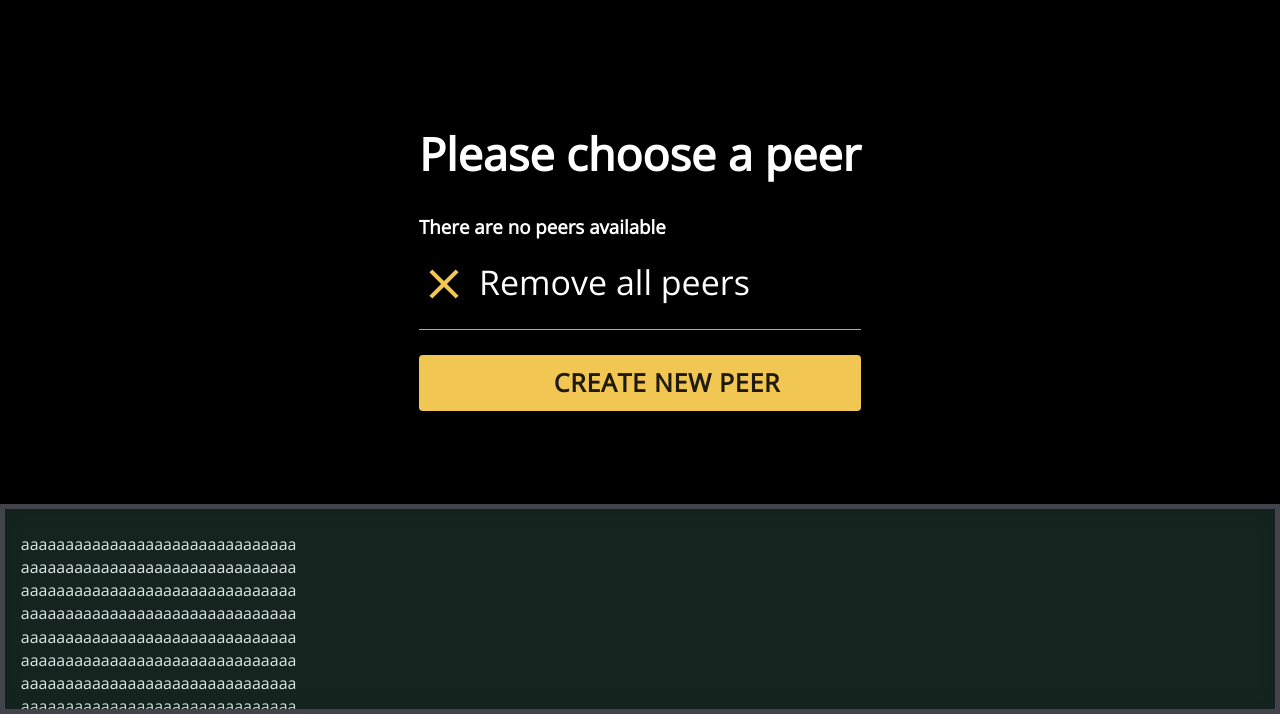
Repository: Bachdz/ASAP-Gui-Frontend
Page: /login
The author's editor kept a copy of each file at every save. The page is drawn from the files as they stood at one save, then again after the next save.
The browser window is 1280 px wide. The pictures show the whole page.
The page's requests for data from a server got no answer. The project was rebuilt for these pictures with package versions that can differ from the ones it lists, and the page was loaded fresh each time. No one was signed in, and anything a server would have sent is missing. Also part of the build but not shown: src/css/loginscreen/Peer.css, src/components/fragments/Footer.js, src/components/mainscreen/subcomponents/Apps.js, src/css/mainscreen/Main.css, src/components/mainscreen/Main.js.

Above is the page before, as saved 2020-12-16 20:02:53.

### src/App.js
import React from 'react';



import { ReactComponent as Arrow } from './arrow.svg';
import Login from './components/loginscreen/Login';
import Main from './components/mainscreen/Main';
import { Link } from 'react-router-dom';
import Logo from './components/fragments/Footer';


import { BrowserRouter as Router, Route } from 'react-router-dom'

import './App.css';

function App() {
  return (
      <Router>
        <Route exact path="/" render={props => (
          <React.Fragment>
        <div className="container">

            <div className="content">
              <div id="box">
                <h1>Welcome to ASAP engine</h1>
                <Link to="/login"><Arrow id="next" /></Link>
              </div>
            </div>
          <Logo />
        </div>


          </React.Fragment>
        )} />
        <Route path="/login" component={Login} />
        <Route path="/main/user" component={Main} />

      </Router>
  );
}



export default App;

### src/components/loginscreen/Login.js
import React, { Component } from 'react';
import Peer from './subcomponents/Peer';
import CreateUser from './subcomponents/CreateUser';
import CloseIcon from '@material-ui/icons/Close';
import Alert from '@material-ui/lab/Alert';
import Snackbar from '@material-ui/core/Snackbar';
import Logo from '../fragments/Footer';
import Terminal from '../fragments/Terminal';



import '../../css/loginscreen/Login.css';
import axios from 'axios';



class Login extends Component {
    state = {
        peers: [],
        alertopen: false,
        alertmsg: '',
        alerttype: ''
    }

    componentDidMount() {
        axios.get('http://localhost:8080/api/v1/asap/peers')
            .then(res => this.setState({ peers: res.data }))
    }

    //create User
    addUser = (userName) => {
        let url = 'http://localhost:8080/api/v1/asap/peer?name=' + userName;
        axios.post(url)
            .then(res => this.setState({ peers: [...this.state.peers, res.data] }))
    }

    //remove all users
    removeAllUser = () => {
        axios.delete('http://localhost:8080/api/v1/asap/peers')
            .then(res => {
                if (res.data === false) {
                    this.setState({ alertopen: !this.state.alertopen, alertmsg: "Couldn't delete peers", alerttype: "error" });

                } else if (res.data === true) {
                    this.setState({ alertopen: !this.state.alertopen, alertmsg: "Deleted successfully ", alerttype: "success" });
                    axios.get('http://localhost:8080/api/v1/asap/peers')
                        .then(res => this.setState({ peers: res.data }))
                }



            }


            )


    }

    handleClose = (event, reason) => {
        this.setState({ alertopen: !this.state.alertopen });
    }


    render() {
        const { alertopen, alertmsg, alerttype } = this.state;
        return (
            <div>

                <div className="background-container">
                    <div className="content">
                        <div className="login-container">
                            <Snackbar anchorOrigin={{ vertical: 'top', horizontal: 'center' }} open={alertopen} autoHideDuration={2000} onClose={this.handleClose}>
                                <Alert onClose={this.handleClose} severity={alerttype}>
                                    {alertmsg}
                                </Alert>
                            </Snackbar>
                            <h1>Please choose a peer</h1>
                            <Peer peers={this.state.peers} />

                            <div id="remove-peer">
                                <CloseIcon id="remove" onClick={this.removeAllUser} /> Remove all peers
            </div>
                            <CreateUser addUser={this.addUser} />

                        </div>
                    </div>

                </div>
                <Terminal />

            </div>

        );
    }
}


export default Login;

### src/App.css
@import url('https://fonts.googleapis.com/css?family=Open+Sans');
body {
  font-family: "Open Sans", sans-serif;

}

#box {
  text-align: center;
}

.content {
  min-height: 70vh;
  display: flex;
  align-items: center;
}

.container {
  display: flex;
  align-items: center;
  justify-content: center;
  flex-direction: column;
  background-color: #000000;
  color: #ffffff;
  height: 100vh;
  margin:0;
}

footer {
 margin-top:auto;
 width: 100vw;
}



#next {
  cursor: "pointer";
  transition: transform 330ms ease-in-out;

}
#next:hover {
  cursor: pointer;
  -ms-transform: scale(1.2); /* IE 9 */
  -webkit-transform: scale(1.2); /* Safari 3-8 */
  transform: scale(1.2);
}
h1 {
  font-size: 45px;
  text-align: center;
  animation: fadein 3s;
  -moz-animation: fadein 3s; /* Firefox */
  -webkit-animation: fadein 3s; /* Safari and Chrome */
  -o-animation: fadein 3s; /* Opera */
}
@keyframes fadein {
  from {
      opacity:0;
  }
  to {
      opacity:1;
  }
}
@-moz-keyframes fadein { /* Firefox */
  from {
      opacity:0;
  }
  to {
      opacity:1;
  }
}
@-webkit-keyframes fadein { /* Safari and Chrome */
  from {
      opacity:0;
  }
  to {
      opacity:1;
  }
}
@-o-keyframes fadein { /* Opera */
  from {
      opacity:0;
  }
  to {
      opacity: 1;
  }
}

### src/components/loginscreen/subcomponents/Peer.js
import React from 'react';
import '../../../css/loginscreen/Peer.css';
import AccountCircleIcon from '@material-ui/icons/AccountCircle';
import ArrowForwardIcon from '@material-ui/icons/ArrowForward';
// import { Redirect } from 'react-router-dom';
import { Link } from 'react-router-dom';

function Peer (props) {

        if (props.peers.length > 0) {
            return (
                props.peers.map((peer) => (
                    <div className="peer-container">
                        <AccountCircleIcon id="icon" />
                        {peer.name}
                        <Link to={{
                            pathname: '/main/user',
                            state: {
                                peer: peer.name
                            }
                        }}>
                            <ArrowForwardIcon id="forward" />
                        </Link>
                    </div>

                ))

            );


        } else {
            return (
                <h3>There are no peers available</h3>
            )
        }
    }





export default Peer;

### src/components/loginscreen/subcomponents/CreateUser.js
import React, {Component} from 'react';
import Button from '@material-ui/core/Button';
import AddIcon from '@material-ui/icons/Add';
import TextField from '@material-ui/core/TextField';
import Dialog from '@material-ui/core/Dialog';
import DialogActions from '@material-ui/core/DialogActions';
import DialogContent from '@material-ui/core/DialogContent';
import '../../../css/loginscreen/CreateUser.css';
import DialogContentText from '@material-ui/core/DialogContentText';

export class CreateUser extends Component {
    state = {
        open: false,
        error: false,
        username: ''
    }

    handleClickOpen = () => {
        this.setState({
            open: !this.state.open
        })
      };

    handleClose = (e) => {
        this.setState({
            open: !this.state.open
        })
    };

    onChange = (e) => this.setState({ [e.target.name]: e.target.value })

    onSubmit = (e) => {
        if (this.state.username !== '') {
            this.props.addUser(this.state.username);
            this.setState({username : ''});
            this.handleClose();
        } else {
            this.setState({error: true});
        }
    }

    render() {
    const { open,error } = this.state

    return (
        <div>

            <Button startIcon={<AddIcon id="addIcon" />} id="addButton" onClick={this.handleClickOpen}>Create new peer</Button>

            <Dialog open={open} onClose={this.handleClose} aria-labelledby="form-dialog-title">
                <DialogContent id="dialog">
                    <DialogContentText id="dialog-text">
                        Please enter your name
          </DialogContentText>
                    <TextField
                       error={this.state.error}
                     required
                        autoFocus
                        margin="dense"
                        name="username"
                        type="string"
                        label="Username"
                        helperText={error ===true  ? "username is required" : ""}
                        onChange={this.onChange}
                        fullWidth
                    />
                </DialogContent>
                <DialogActions id="dialog-action">
                    <Button onClick={this.onSubmit} id="button" color="primary">
                        Done
          </Button>
                </DialogActions>
            </Dialog>
        </div>
    );
}
}
export default CreateUser ;

### src/components/fragments/Terminal.js
import React from 'react'
import '../../css/Terminal.css';



export default function Terminal() {
    return (
        <div className="console">
            <pre className="i-has-teh-code">
                <p>aaaaaaaaaaaaaaaaaaaaaaaaaaaaaaa</p>
                <p>aaaaaaaaaaaaaaaaaaaaaaaaaaaaaaa</p>
                <p>aaaaaaaaaaaaaaaaaaaaaaaaaaaaaaa</p>
                <p>aaaaaaaaaaaaaaaaaaaaaaaaaaaaaaa</p>
                <p>aaaaaaaaaaaaaaaaaaaaaaaaaaaaaaa</p>
                <p>aaaaaaaaaaaaaaaaaaaaaaaaaaaaaaa</p>
                <p>aaaaaaaaaaaaaaaaaaaaaaaaaaaaaaa</p>
                <p>aaaaaaaaaaaaaaaaaaaaaaaaaaaaaaa</p>
                <p>aaaaaaaaaaaaaaaaaaaaaaaaaaaaaaa</p>
                <p>aaaaaaaaaaaaaaaaaaaaaaaaaaaaaaa</p>
                <p>aaaaaaaaaaaaaaaaaaaaaaaaaaaaaaa</p>
                <p>aaaaaaaaaaaaaaaaaaaaaaaaaaaaaaa</p>
                <p>aaaaaaaaaaaaaaaaaaaaaaaaaaaaaaa</p>

            </pre>
        </div>
    )
}

### src/css/loginscreen/Login.css
@import url('https://fonts.googleapis.com/css?family=Open+Sans');




.content {
    display: flex;
    align-items: center;
    justify-content: center;
    flex-direction: column;
    background-color: #000000;
    color: #ffffff;
    margin:0;
  }

footer {
   margin-top:auto;
   width: 100vw;
  }




#remove {
    cursor: pointer;
    color: #F1C653;
    float: left;
    font-size: 50px;
    margin-right: 10px;
}

#remove:hover {
    cursor: pointer;
    -ms-transform: scale(1.2); /* IE 9 */
    -webkit-transform: scale(1.2); /* Safari 3-8 */
    transform: scale(1.2);
  }

#remove-peer {
    width: 100%;
    border-bottom: 1px solid #aaa;
    padding-bottom:20px;
    margin-top: 20px;
    display: flex;
    font-size: 34px;
    animation: fadein 3.5s;
    -moz-animation: fadein 3.5s; /* Firefox */
    -webkit-animation: fadein 3.5s; /* Safari and Chrome */
    -o-animation: fadein 3.5s; /* Opera */
}

### src/css/loginscreen/CreateUser.css
@import url('https://fonts.googleapis.com/css?family=Open+Sans');
* {
    font-family:"Open Sans", sans-serif ;
}
#addButton{
    z-index: 99;
    margin-top:25px;
    background-color: #F1C653;
    width: 100%;
    font-size:25px;
    font-weight: bolder;
}

#addIcon {
    font-size: 26px;
}
#dialog {

}
#dialog-text {
    font-family:"Open Sans", sans-serif ;
    color: #000000;

    text-align: center;
}
#button {
    background-color: #F1C653;
    color: #000000;
    width: 50%;
    font-size:15px;
    font-weight: bolder;
}

### src/css/Terminal.css
@charset "UTF-8";
@-webkit-keyframes waiting {
    0% {
        opacity: 0;
    }
    35%,
    75% {
        opacity: 1;
    }
    100% {
        opacity: 0;
    }
}

@keyframes waiting {
    0% {
        opacity: 0;
    }
    35%,
    75% {
        opacity: 1;
    }
    100% {
        opacity: 0;
    }
}

@-webkit-keyframes joltBG {
    0% {
        opacity: 0.3;
    }
    22%,
    26% {
        opacity: 0.2;
    }
    27%,
    45% {
        opacity: 0.4;
    }
    46%,
    76% {
        opacity: 0.5;
    }
    76%,
    78% {
        opacity: 0.05;
    }
    78% {
        opacity: 0.3;
    }
    100% {
        opacity: 0.3;
    }
}

@keyframes joltBG {
    0% {
        opacity: 0.3;
    }
    22%,
    26% {
        opacity: 0.2;
    }
    27%,
    45% {
        opacity: 0.4;
    }
    46%,
    76% {
        opacity: 0.5;
    }
    76%,
    78% {
        opacity: 0.05;
    }
    78% {
        opacity: 0.3;
    }
    100% {
        opacity: 0.3;
    }
}

.i-has-teh-code {
    height: 20vh;
    overflow-y: scroll;
    white-space: pre-wrap;
    background: #15241e;
    color: #dce6e6;
    margin: 0 auto;
    font-family: Monaco, Consolas, "Lucida Console", monospace;
    padding: 1em 1em 2.5em 1em;
    line-height: 0.45;
    position: relative;

}

.i-has-teh-code::-moz-selection {
    color: #141e1e;
    background: #dce6e6;
}

.i-has-teh-code::selection {
    color: #141e1e;
    background: #dce6e6;
}

.i-has-teh-code:before {
    position: absolute;
    pointer-events: none;
    top: 0;
    right: 0;
    bottom: 0;
    left: 0;
    background-color: rgba(50, 50, 80, 0.6);
    content: '';
    z-index: 100;
    box-shadow: inset 0px 0px 20px 0px rgba(0, 0, 60, 0.3);
    background: url('data:[embedded picture, 484 characters]');
    -webkit-animation-name: joltBG;
    animation-name: joltBG;
    -webkit-animation-duration: 10000ms;
    animation-duration: 10000ms;
    -webkit-animation-iteration-count: infinite;
    animation-iteration-count: infinite;
    -webkit-animation-timing-function: linear;
    animation-timing-function: linear;
}

.i-has-teh-code:after {
    position: relative;
    pointer-events: none;
    bottom: 0em;
    left: 0em;
    content: '■';
    padding: 1em;
    -webkit-animation-name: waiting;
    animation-name: waiting;
    -webkit-animation-duration: 1200ms;
    animation-duration: 1200ms;
    -webkit-animation-iteration-count: infinite;
    animation-iteration-count: infinite;
    -webkit-animation-timing-function: ease-in-out;
    animation-timing-function: ease-in-out;
}

.console {
    height: 100%;
    background: rgba(20, 20, 30, 0.8);
    padding: 0.3em;
}

### src/css/mainscreen/Apps.css

#addIcon, #removeIcon {
    float:right;
    color: #F1C653;
    font-size: 30px;
    margin-right:20px;
}
.title {
    display:flex;
    align-items: center;
}


.parentList {
    margin-left:10px;
}

.main-items {
    font-size: 30px;
}

#apps {
    padding-left:50px;
}

.input {
    font-style: italic;
    width: 100%;
    border:none;
    outline: none;
    border-bottom: 2px solid #808080;
    background: #000000;
    color: #ffffff;
    width: 70%;
    margin-left:45px;
    font-size:20px;
}

.add {
    width: 100%;
    display:flex;
    color: #F1C653;
}

#checkicon {
    float: right;
}

#checkicon-inactive {
    color: #808080;
}

Loaded but not shown: public/index.html (common file); src/index.js (common file); src/index.css (common file); src/reportWebVitals.js (common file)

After the next save:
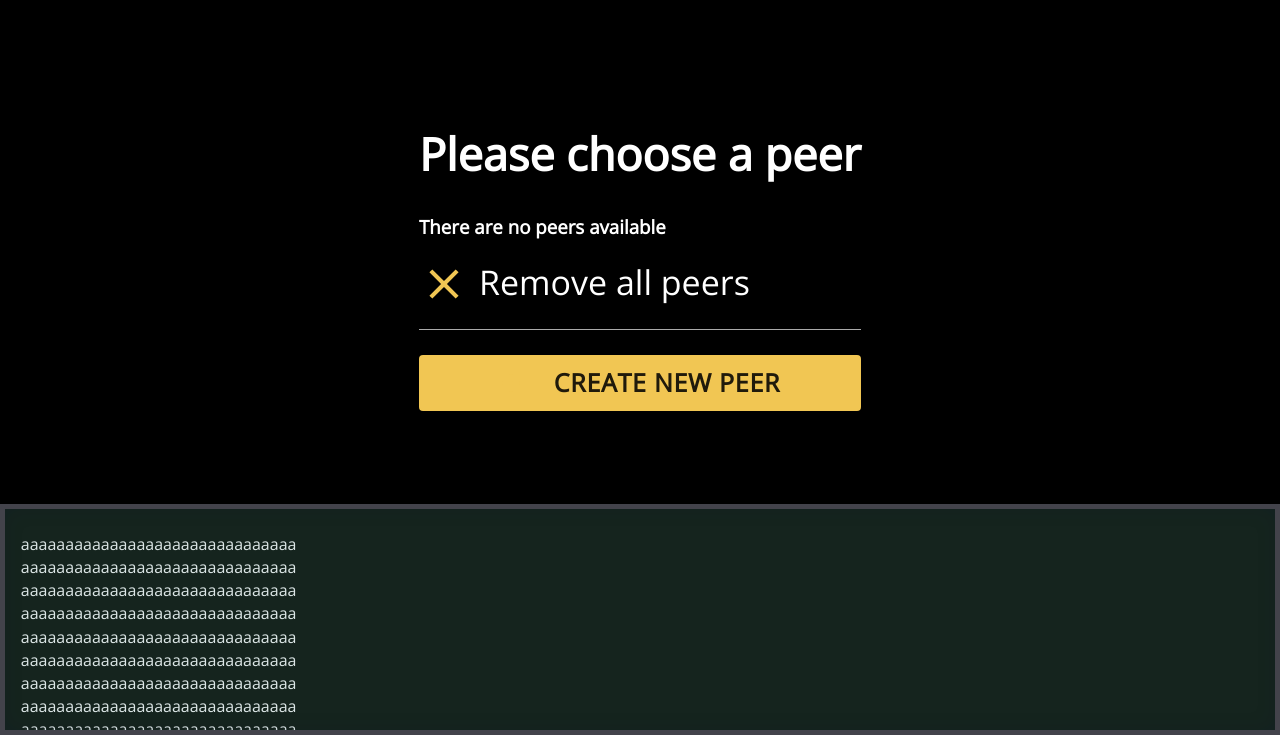
Saved 43 s later.
--- a/src/css/Terminal.css
+++ b/src/css/Terminal.css
@@ -82,7 +82,7 @@
 }
 
 .i-has-teh-code {
-    height: 20vh;
+    height: 23vh;
     overflow-y: scroll;
     white-space: pre-wrap;
     background: #15241e;
